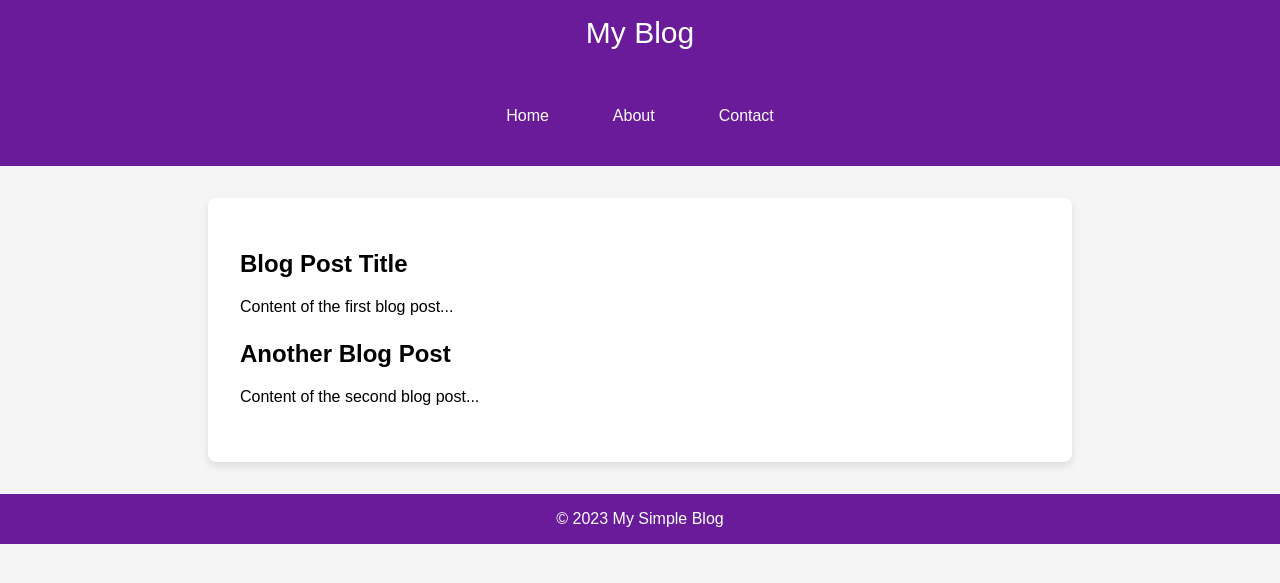
Repository: Femi007-gh/BLOG
Page: index.html
An editor plug-in stored every save of this project. The page is shown before and after the next save, followed by the edit.
The browser window is 1280 px wide. The pictures show the whole page.

Above is the page before, as saved 2025-01-08 09:20:42.

### index.html
<html>
  <head>
    <title>My Blog</title>
    <link rel="stylesheet" href="style.css">
  </head>
  <body>
    <header>My Blog</header>
    <nav>
      <ul>
        <li><a href="#">Home</a></li>
        <li><a href="#">About</a></li>
        <li><a href="#">Contact</a></li>
      </ul>
    </nav>
    <div class="container">
      <div class="blog-post">
        <h2>Blog Post Title</h2>
        <p>Content of the first blog post...</p>
      </div>
      <div class="blog-post">
        <h2>Another Blog Post</h2>
        <p>Content of the second blog post...</p>
      </div>
    </div>
    <footer>
      &copy; 2023 My Simple Blog
    </footer>
  </body>
  </html>

### style.css
body {
  margin: 0;
  font-family: Arial, sans-serif;
  background-color: #f5f5f5;
}

header {
  background-color: #6a1b9a;
  color: white;
  text-align: center;
  padding: 1rem;
  font-size: 30px;
}

nav {
  background-color: #6a1b9a;
  height: 100px;
  display: flex;
  flex-direction: column;
  justify-content: center;
  align-items: center;
  color: white;
}

ul {
  list-style: none;
  margin: 0;
  padding: 0;
  display: flex;
  justify-content: center;
}

li {
  margin: 0 1rem;
}

a {
  color: white;
  text-decoration: none;
  font-family: Arial, sans-serif;
  padding: 0.5rem 1rem;
  display: block;
}

a:hover {
  background-color: #4a148c;
  border-radius: 4px;
}

.container {
  margin: 2rem auto;
  max-width: 800px;
  background-color: white;
  border-radius: 8px;
  padding: 2rem;
  box-shadow: 0 4px 8px rgba(0, 0, 0, 0.1);
}

.blog-post {
  margin-bottom: 1.5rem;
}

footer {
  background-color: #6a1b9a;
  color: white;
  text-align: center;
  padding: 1rem 0;
  margin-top: 2rem;
}

After the next save:
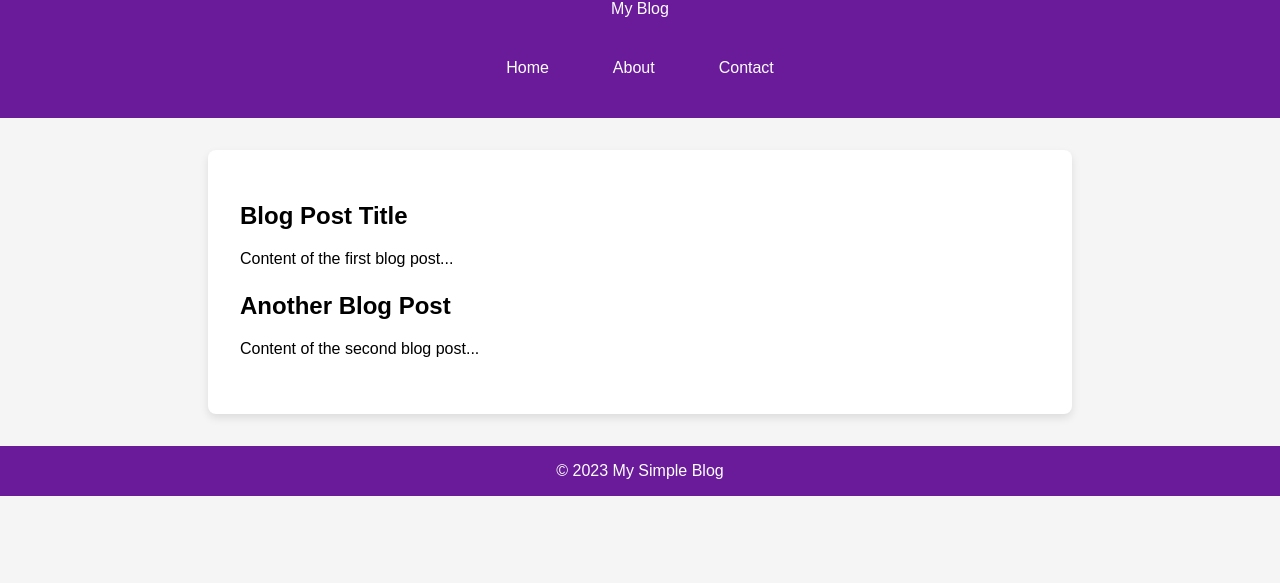
Saved 54 s later.
--- a/style.css
+++ b/style.css
@@ -8,7 +8,7 @@
   background-color: #6a1b9a;
   color: white;
   text-align: center;
-  padding: 1rem;
+  padding: 1re
   font-size: 30px;
 }
 

After the save that followed:
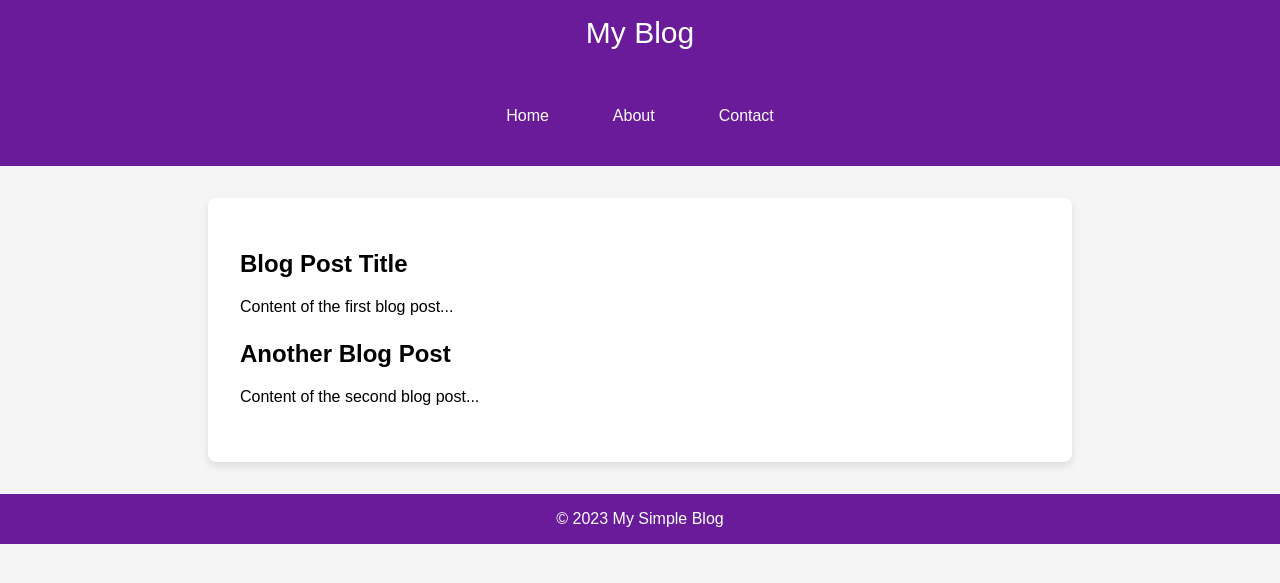
Saved 6 s later.
--- a/style.css
+++ b/style.css
@@ -8,7 +8,7 @@
   background-color: #6a1b9a;
   color: white;
   text-align: center;
-  padding: 1re
+  padding: 1rem;
   font-size: 30px;
 }
 
